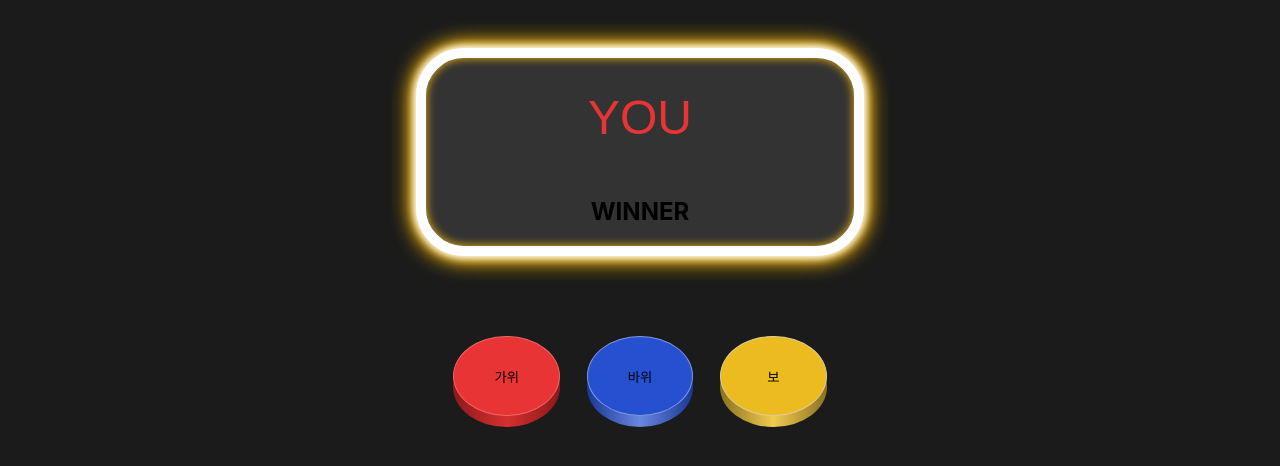
Repository: KIMMIHYE12/classComponent
Page: /
These files come from the project's save history. The page is drawn as it stood at one moment and after a run of saves; the edit follows.
The browser window is 1280 px wide. The pictures show the whole page.
Some web fonts or font styles are not loaded; a fallback is used. The project was rebuilt for these pictures with package versions that can differ from the ones it lists, and the page was loaded fresh each time.

Above is the page before, as saved 2024-03-19 00:14:33.

After the next 2 saves:
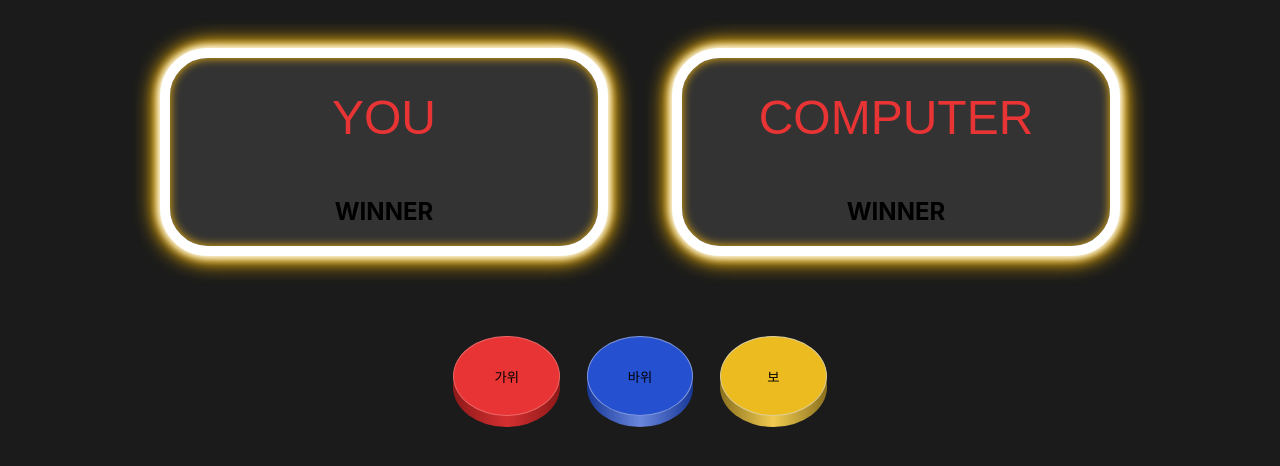
The 2 saves are shown as one change because 1 did not build or start.
The last was saved 19 h 42 min later.
--- a/src/App.js
+++ b/src/App.js
@@ -4,8 +4,8 @@ import { Box } from "./component/Box";
 
 const choice = {
   scissor: {
-    name: "Scissor",
-    img: "/images/scissor.png",
+    name: "Scissors",
+    img: "/images/scissors.png",
     describe: "가위이미지",
   },
   rock: {
@@ -22,7 +22,7 @@ const choice = {
 
 function App() {
   const [userSelect, setUserSelect] = useState(null);
-
+  const [computerSelect, setComputerSelect] = useState(null);
   const play = (userChoice) => {
     setUserSelect(choice[userChoice]);
   };
@@ -31,13 +31,13 @@ function App() {
     <div className='content'>
       <div className='game_screen'>
         <Box title='YOU' item={userSelect} />
-        {/* <Box title='COMPUTER' /> */}
+        <Box title='COMPUTER' />
       </div>
       <div className='btn_wrap'>
         <button
           className='scissor'
           onClick={() => {
-            play("scissor");
+            play("scissors");
           }}
         >
           가위
